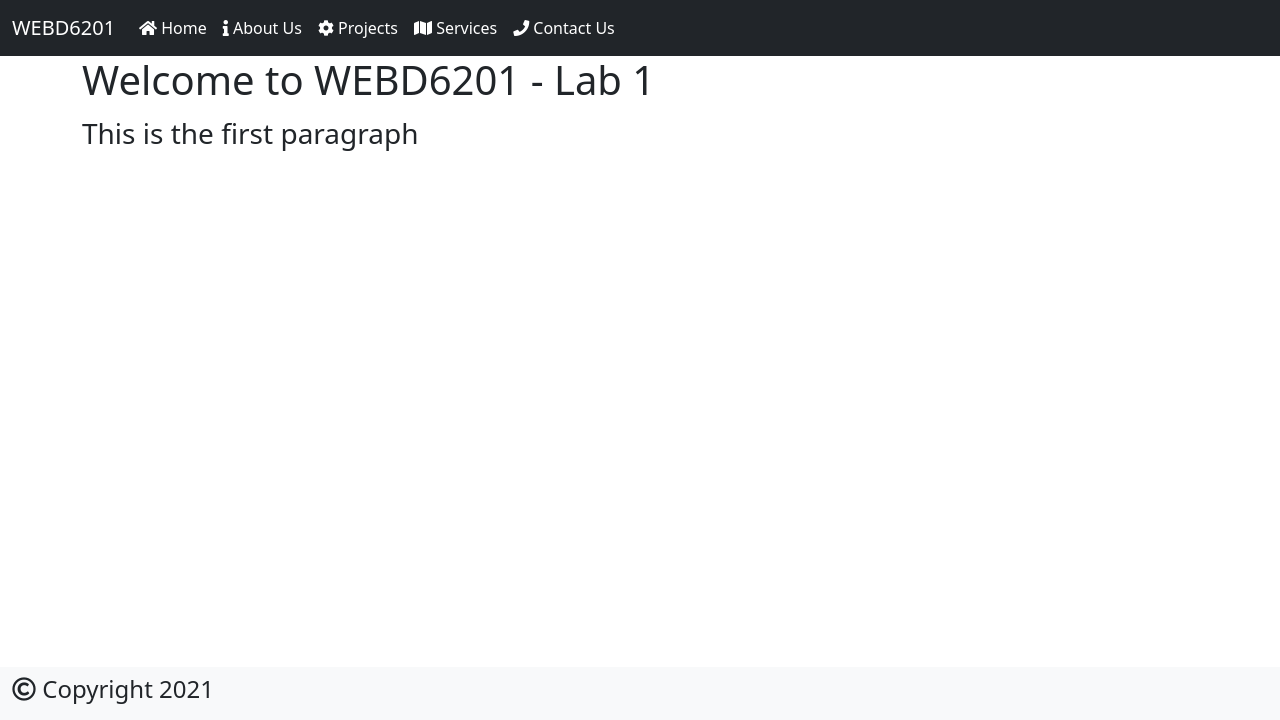
Repository: spencernewellevans/WEBD6201-ICE01
Page: projects.html
An editor plug-in stored every save of this project. The page is shown before and after the next save, followed by the edit.
The browser window is 1280 px wide. The pictures show the whole page.

Above is the page before, as saved 2021-01-22 19:06:50.

### projects.html
<!DOCTYPE html>
<html lang="en">
<head>
    <meta charset="UTF-8">
    <meta name="viewport" content="width=device-width, initial-scale=1.0">
    <title>Home</title>
    <!-- CSS Section-->
    <link rel="stylesheet" href="./node_modules/bootstrap/dist/css/bootstrap.min.css">
    <link rel="stylesheet" href="./node_modules/@fortawesome/fontawesome-free/css/all.min.css">
    <link rel="stylesheet" href="./Content/app.css">
</head>
<body>
    <!-- Main Header -->
    <header>
        <!-- Main Navigation -->
        <nav class="navbar navbar-expand-lg navbar-dark bg-dark">
            <div class="container-fluid">
              <a class="navbar-brand" href="#=index.html">WEBD6201</a>
              <button class="navbar-toggler" type="button" data-bs-toggle="collapse" data-bs-target="#navbarSupportedContent" aria-controls="navbarSupportedContent" aria-expanded="false" aria-label="Toggle navigation">
                <span class="navbar-toggler-icon"></span>
              </button>
              <div class="collapse navbar-collapse" id="navbarSupportedContent">
                <ul class="navbar-nav me-auto mb-2 mb-lg-0">
                  <li class="nav-item">
                    <a class="nav-link active" aria-current="page" href="index.html"><i class="fas fa-home fa-large"></i> Home</a>
                  </li>

                  <li class="nav-item">
                    <a class="nav-link active" aria-current="page" href="about.html"><i class="fas fa-info fa-large"></i> About Us</a>
                  </li>

                  <li class="nav-item">
                    <a class="nav-link active" aria-current="page" href="projects.html"><i class="fas fa-cog fa-large"></i> Projects</a>
                  </li>

                  <li class="nav-item">
                    <a class="nav-link active" aria-current="page" href="services.html"><i class="fas fa-map fa-large"></i> Services</a>
                  </li>

                  <li class="nav-item">
                    <a class="nav-link active" aria-current="page" href="contact.html"><i class="fas fa-phone fa-large"></i> Contact Us</a>
                  </li>
                </ul>
              </div>
            </div>
          </nav>
    </header>

    <!-- Main Content -->
    <main class="container">
        <h1>Welcome to WEBD 6201</h1>
        <p id="paragraphOne"></p>
    </main>

    <!-- Main Footer -->
    <footer>
        <nav class="navbar fixed-bottom navbar-light bg-light">
            <div class="container-fluid">
              <h4><i class="far fa-copyright fa-large"></i> Copyright 2021</h4>
            </div>
          </nav>
    </footer>

    <!-- Script Section -->
    <script src="./node_modules/jquery/dist/jquery.min.js"></script>
    <script src="./node_modules/bootstrap/dist/js/bootstrap.bundle.min.js"></script>
    <script src="./Scripts/app.js"></script>
</body>
</html>

### content/app.css
/* Custom CSS goes here */

### scripts/app.js
/* Custom JavaScript goes here */

// IIFE - Immediately Invoked Function Expression
// Anonymous self-executing expression
// limits scope leak

"use strict";

(function()
{

    function Start()
    {
        console.log("App Started...");

        let paragraphOneText = "This is a simple site to demonstrate DOM manipulation for ICE 1";

        let paragraphOneElement = document.getElementById("paragraphOne");

        paragraphOneElement.textContent = paragraphOneText;
        paragraphOneElement.className = "fs-5"

        // CREATION
        // Step 1. create the element
        let newParagraph = document.createElement("p");
        // Step 2. configure the element
        newParagraph.setAttribute("id","paragraphTwo");
        newParagraph.textContent = "...And this is paragraph two"
        // Step 3. select parent element
        let mainContent = document.getElementsByTagName("main")[0];
        // Step 3. insert the element
        mainContent.appendChild(newParagraph);
        newParagraph.className = "fs-6";

        let paragraphDiv = document.createElement("div");
        let paragraphThree =  `<p id="paragraphThree" class="fs-7 fw-bold">And this is the third paragraph</p>`;
        paragraphDiv.innerHTML = paragraphThree;

        // INSERTION
        // insertion before a node example
        //newParagraph.before(paragraphDiv);

        // insertion after a node example
        newParagraph.after(paragraphDiv);

        // DELETION
        // example of removing a single element
        //paragraphOneElement.remove();

        // removeChild example
        mainContent.removeChild(paragraphOneElement);

        // MODIFICATION
        //mainContent.firstElementChild.textContent = "Welcome Home!"
        mainContent.innerHTML =
        `<h1 id="firstHeading">Welcome to WEBD6201 - Lab 1</h1>
        <p id="paragraphOne" class="fs-3">This is the first paragraph</p>
        `;

    }

    window.addEventListener("load", Start);

})();

Loaded but not shown: node_modules/bootstrap/dist/css/bootstrap.min.css (library); node_modules/@fortawesome/fontawesome-free/css/all.min.css (library); node_modules/jquery/dist/jquery.min.js (library); node_modules/bootstrap/dist/js/bootstrap.bundle.min.js (library)

After the next save:
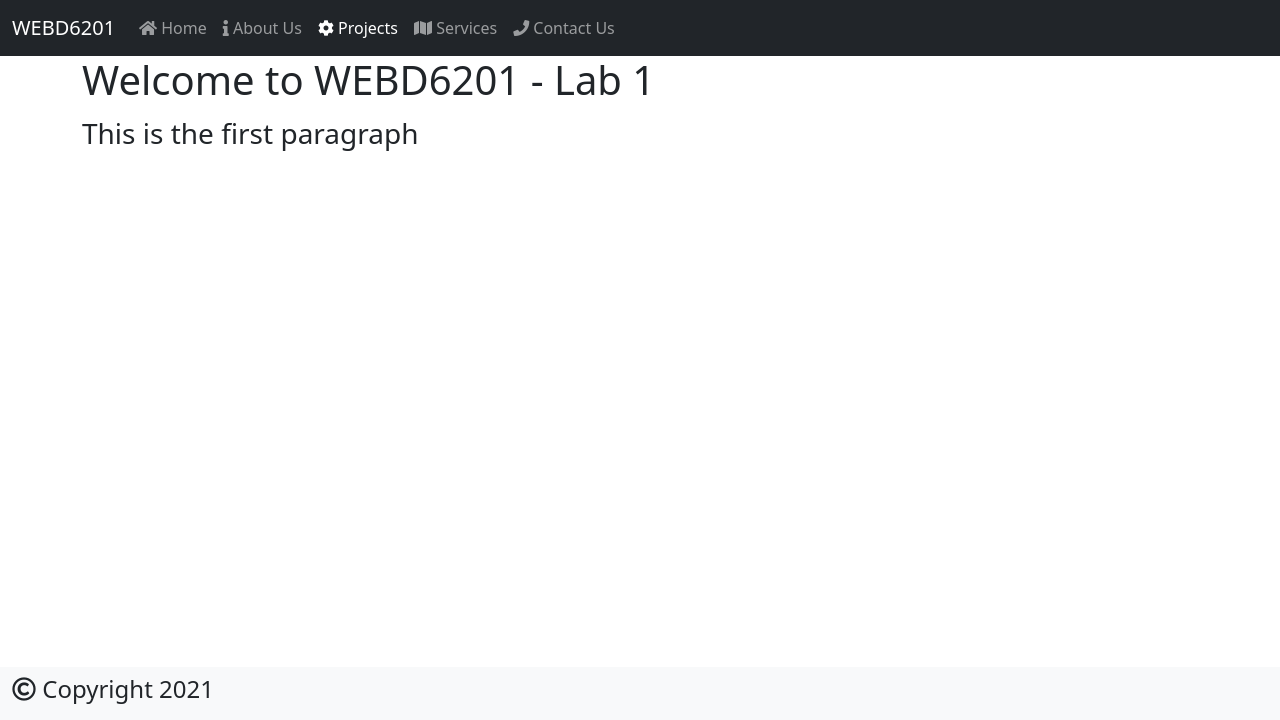
Saved 16 s later.
--- a/projects.html
+++ b/projects.html
@@ -3,7 +3,7 @@
 <head>
     <meta charset="UTF-8">
     <meta name="viewport" content="width=device-width, initial-scale=1.0">
-    <title>Home</title>
+    <title>Projects</title>
     <!-- CSS Section-->
     <link rel="stylesheet" href="./node_modules/bootstrap/dist/css/bootstrap.min.css">
     <link rel="stylesheet" href="./node_modules/@fortawesome/fontawesome-free/css/all.min.css">
@@ -22,11 +22,11 @@
               <div class="collapse navbar-collapse" id="navbarSupportedContent">
                 <ul class="navbar-nav me-auto mb-2 mb-lg-0">
                   <li class="nav-item">
-                    <a class="nav-link active" aria-current="page" href="index.html"><i class="fas fa-home fa-large"></i> Home</a>
+                    <a class="nav-link" aria-current="page" href="index.html"><i class="fas fa-home fa-large"></i> Home</a>
                   </li>
 
                   <li class="nav-item">
-                    <a class="nav-link active" aria-current="page" href="about.html"><i class="fas fa-info fa-large"></i> About Us</a>
+                    <a class="nav-link" aria-current="page" href="about.html"><i class="fas fa-info fa-large"></i> About Us</a>
                   </li>
 
                   <li class="nav-item">
@@ -34,11 +34,11 @@
                   </li>
 
                   <li class="nav-item">
-                    <a class="nav-link active" aria-current="page" href="services.html"><i class="fas fa-map fa-large"></i> Services</a>
+                    <a class="nav-link" aria-current="page" href="services.html"><i class="fas fa-map fa-large"></i> Services</a>
                   </li>
 
                   <li class="nav-item">
-                    <a class="nav-link active" aria-current="page" href="contact.html"><i class="fas fa-phone fa-large"></i> Contact Us</a>
+                    <a class="nav-link" aria-current="page" href="contact.html"><i class="fas fa-phone fa-large"></i> Contact Us</a>
                   </li>
                 </ul>
               </div>
